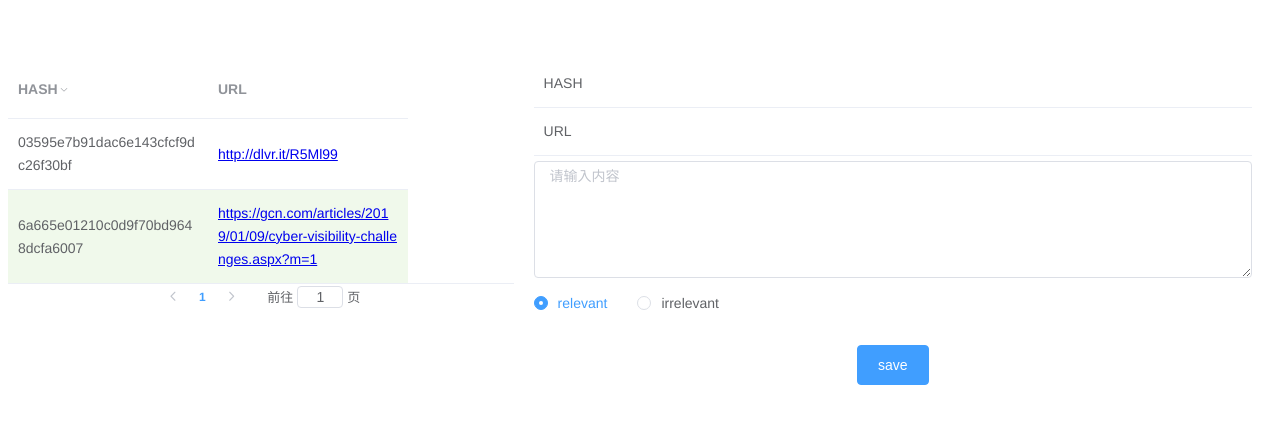
Repository: NicoleGX/TI
Page: /
An editor plug-in stored every save of this project. The page is shown before and after the next save, followed by the edit.
The browser window is 1280 px wide. The pictures show the whole page.
The page's requests for data from a server got no answer. The project was rebuilt for these pictures with package versions that can differ from the ones it lists, and the page was loaded fresh each time. No one was signed in, and anything a server would have sent is missing.

Above is the page before, as saved 2019-05-29 16:11:08.

### index.html
<!DOCTYPE html>
<html>
  <head>
    <meta charset="utf-8">
    <meta name="viewport" content="width=device-width,initial-scale=1.0">
    <title>cyberti</title>
  </head>
  <body>
    <div id="app"></div>
    <!-- built files will be auto injected -->
  </body>
</html>

### src/main.js
import Vue from 'vue'
import App from './App'
import toastr from 'toastr'
import 'toastr/build/toastr.min.css'
import axios from 'axios'
import router from './router'
import ElementUI from 'element-ui'
import 'element-ui/lib/theme-chalk/index.css'

Vue.use(ElementUI)
Vue.prototype.$http = axios
Vue.prototype.toastr = toastr

toastr.options = {
  'closeButton': true,
  'debug': false,
  'newestOnTop': false,
  'progressBar': false,
  'positionClass': 'toast-top-right',
  'preventDuplicates': false,
  'onclick': null,
  'showDuration': '300',
  'hideDuration': '1000',
  'timeOut': '3000',
  'extendedTimeOut': '1000',
  'showEasing': 'swing',
  'hideEasing': 'linear',
  'showMethod': 'fadeIn',
  'hideMethod': 'fadeOut'
}

Vue.filter('castsToString', (casts) => {
  return casts.map(item => {
    console.log(item.name)
    return item.name
  })
})

/* eslint-disable no-new */
new Vue({
  created () {
    toastr.success('启动成功!')
  },
  router,
  render: h => h(App)
}).$mount('#app')

### src/router/index.js
import Vue from 'vue'
import Router from 'vue-router'
import TextClassification from '@/views/TextClassification'

Vue.use(Router)

export default new Router({
  routes: [
    {
      path: '/',
      name: 'TextClassification',
      component: TextClassification
    }
  ]
})

### src/views/TextClassification.vue
<template>
  <el-container>
    <el-aside style="width: 40%">
      <el-table
        :data="tableData"
        style="width: 100%"
        :row-class-name="tableRowClassName"
        @cell-click="onCellClick">
        <el-table-column
          prop="hash"
          label="HASH"
          width="200"
          :filters="[{text: 'edited', value: true}, {text: 'unedited', value: false}]"
          :filter-method="filterTag">
        </el-table-column>
        <el-table-column
          prop="url"
          label="URL"
          width="200">
          <template slot-scope="scope">
            <a :href=scope.row.url
              target="_black"
              class="buttonText">{{scope.row.url}}</a>
          </template>
        </el-table-column>
      </el-table>
      <div class="block">
        <el-pagination
          @size-change="handleSizeChange"
          @current-change="handleCurrentChange"
          :current-page.sync="currentPage"
          :page-size="pagesize"
          layout="prev, pager, next, jumper"
          :total="pages_total"
          :pager-count="5"
          small>
        </el-pagination>
      </div>
    </el-aside>

    <el-main style="width: 60%;padding-top: 0;padding-bottom: 0;">
      <el-table
        :data="formData"
        :show-header="false"
        style="width: 100%">
        <el-table-column
          prop="label"
          label="label"
          width="80"></el-table-column>
        <el-table-column
          prop="value"
          label="value"></el-table-column>
      </el-table>
      <el-form ref="form" :model="form">
        <el-input
          type="textarea"
          :autosize="{ minRows: 5, maxRows: 15}"
          placeholder="请输入内容"
          v-model="form.text"
          style="margin: 5px 0;">
        </el-input>
        <el-form-item style="text-align: left;">
          <el-radio v-model="form.radio" label="relevant" name="type"></el-radio>
          <el-radio v-model="form.radio" label="irrelevant" name="type"></el-radio>
        </el-form-item>
        <el-button type="primary">save</el-button>
      </el-form>
    </el-main>

  </el-container>
</template>

<script>
export default {
  name: 'textclassfication',
  created () {
    // get pages document and count
    this.getPages()
  },
  methods: {
    tableRowClassName({row, rowIndex}) {
      if (row['has_edit']) {
        return 'success-row';
      } else {
        return 'warning-row';
      }
      return '';
    },
    onCellClick(row, column, cell, event) {  // 加载右侧待编辑数据
      this.formData[0]['value'] = row['hash']
      this.formData[1]['value'] = row['url']
      this.form.text = row['text']
      this.form.radio = row['relevant']
    },
    filterTag(value, row) {
      return row.has_edit === value
    },
    getPages () {
      this.$http.post('/api/pages', {
        current: this.currentPage,
        pagesize: this.pagesize
      })
      .then(res => {
        console.log(res.data)
        this.pages_total = res.data['count']
        this.tableData = res.data['doc']
      })
      .catch(err => {
        this.toastr.error(`${err.message}`, 'ERROR!')
        console.log(err)
      })
    },
    handleSizeChange(val) {
      console.log(`每页 ${val} 条`);
    },
    handleCurrentChange(val) {
      console.log(`当前页: ${val}`);
      this.currentPage = val
      this.getPages()
    }
  },
  data() {
    return {
      tableData: [{
        hash: '03595e7b91dac6e143cfcf9dc26f30bf',
        url: 'http://dlvr.it/R5Ml99',
        has_edit: false
      }, {
        hash: '6a665e01210c0d9f70bd9648dcfa6007',
        url: 'https://gcn.com/articles/2019/01/09/cyber-visibility-challenges.aspx?m=1',
        has_edit: true
      }],
      formData: [{
        label: 'HASH',
        value: ''
      },{
        label: 'URL',
        value: ''
      }],
      form: {
        text: '',
        radio: 'relevant'
      },
      currentPage: 1,
      pagesize: 20,
      pages_total: 0
    }
  }
}
</script>

<style>
.el-table {
  width: 100%!important;
}
.el-table .warning-row {
  background: #fff;
}

.el-table .success-row {
  background: #f0f9eb;
}
</style>

Loaded but not shown: src/App.vue (common file)

After the next save:
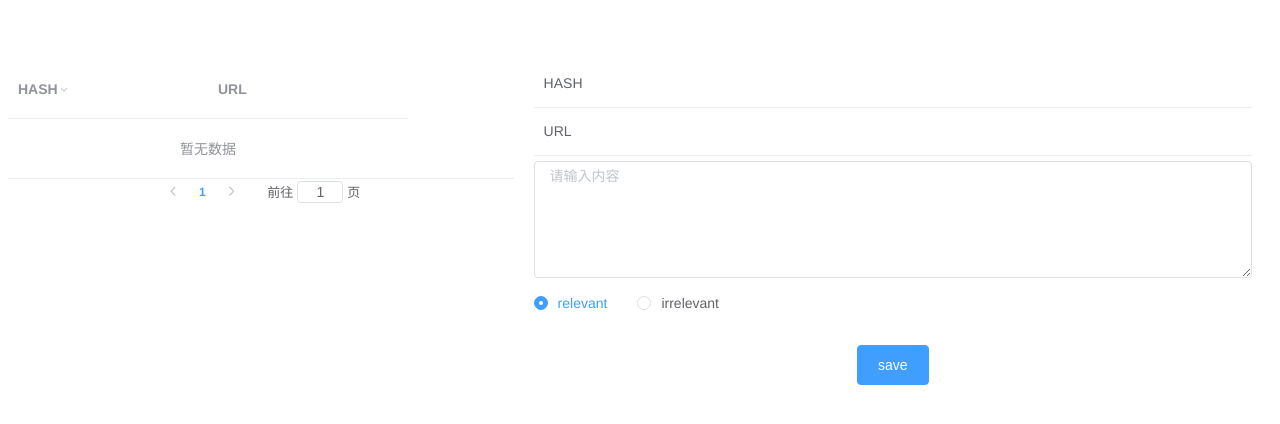
Saved 37 s later.
--- a/src/views/TextClassification.vue
+++ b/src/views/TextClassification.vue
@@ -121,15 +121,7 @@ export default {
   },
   data() {
     return {
-      tableData: [{
-        hash: '03595e7b91dac6e143cfcf9dc26f30bf',
-        url: 'http://dlvr.it/R5Ml99',
-        has_edit: false
-      }, {
-        hash: '6a665e01210c0d9f70bd9648dcfa6007',
-        url: 'https://gcn.com/articles/2019/01/09/cyber-visibility-challenges.aspx?m=1',
-        has_edit: true
-      }],
+      tableData: [],
       formData: [{
         label: 'HASH',
         value: ''
